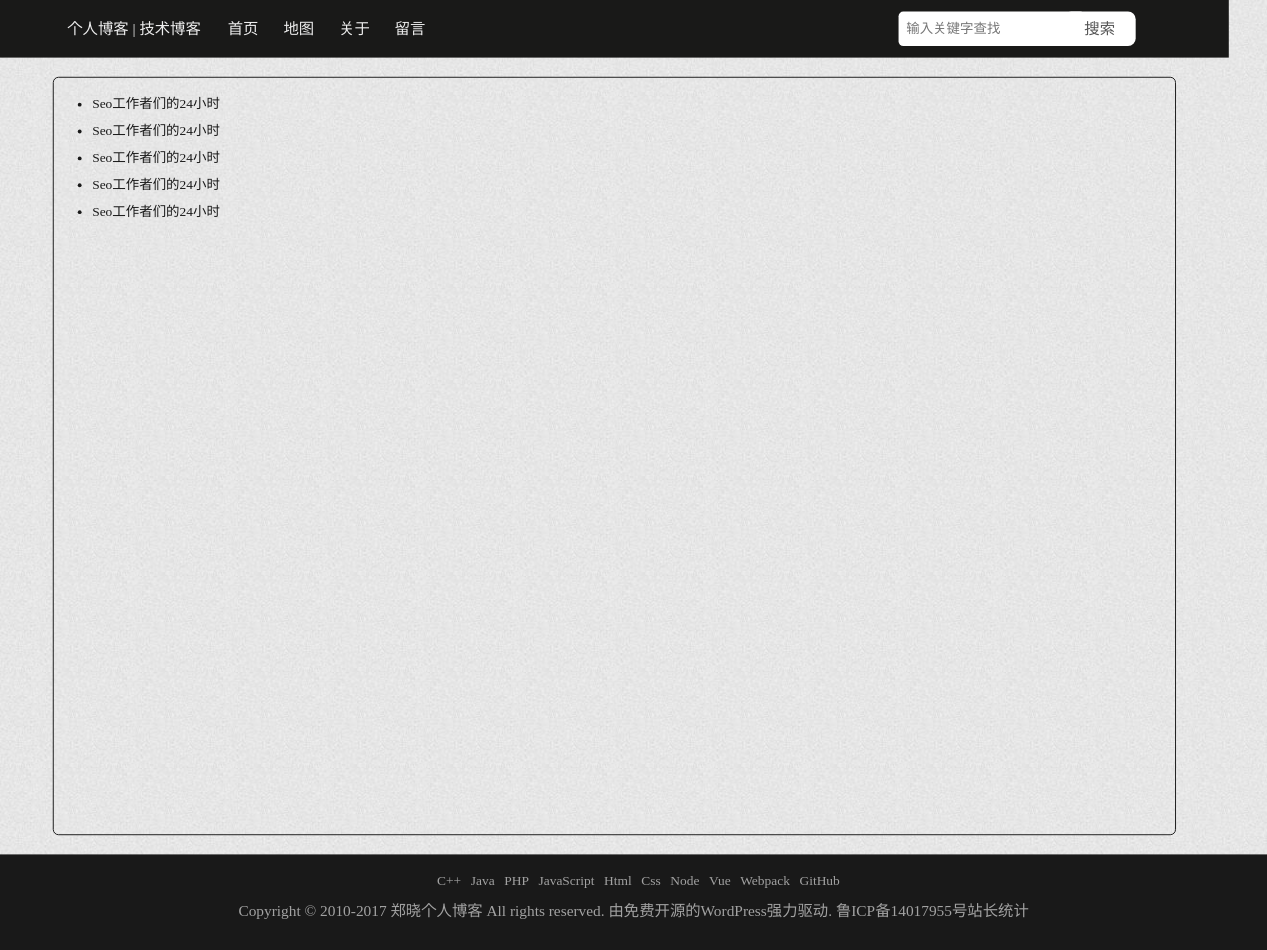
Repository: li1214/my_blog
Page: page/map.html
The author's editor kept a copy of each file at every save. The page is drawn from the files as they stood at one save, then again after the next save.
The browser window is 1280 px wide. The page is 1320 px wide, so the pictures cover 1320 px, including what lies to the right of the window. The pictures show the whole page, at 96% of full size.
The page's requests for data from a server got no answer.

Above is the page before, as saved 2019-01-09 09:56:36.

### page/map.html
<!DOCTYPE html>
<html lang="en">
<head>
    <meta charset="UTF-8">
    <meta name="viewport" content="width=device-width, initial-scale=1.0">
    <meta http-equiv="X-UA-Compatible" content="ie=edge">
    <title>Document</title>
    <link href="./css/base.css" rel="stylesheet" type="text/css" />
    <link href="./css/map.css" rel="stylesheet" type="text/css" />
    <script src='./js/vue.js'></script>
    <script src='./js/axios.min.js'></script>
</head>
<body>
    <header>
        <div class="container">
            <a>个人博客 | 技术博客</a>
            <ul>
                <li><a href="">首页</a></li>
                <li><a href="">地图</a></li>
                <li><a href="">关于</a></li>
                <li><a href="">留言</a></li>
            </ul>
            <div class="search">
                <input type="text" placeholder="输入关键字查找" />
                <button>搜索</button>
            </div>
        </div>
    </header>
    <div class='content' id="bloglist">
        <ul>
            <li><a href="">Seo工作者们的24小时</a></li>
            <li><a href="">Seo工作者们的24小时</a></li>
            <li><a href="">Seo工作者们的24小时</a></li>
            <li><a href="">Seo工作者们的24小时</a></li>
            <li><a href="">Seo工作者们的24小时</a></li>
        </ul>
    </div>
    <footer>
        <ul>
            <li>C++</li>
            <li>Java</li>
            <li>PHP</li>
            <li>JavaScript</li>
            <li>Html</li>
            <li>Css</li>
            <li>Node</li>
            <li>Vue</li>
            <li>Webpack</li>
            <li>GitHub</li>
        </ul>
        <p>Copyright © 2010-2017 郑晓个人博客 All rights reserved. 由免费开源的WordPress强力驱动. 鲁ICP备14017955号站长统计</p>
    </footer>
    <script src='./js/map.js'></script>
</body>
</html>

### page/css/base.css
html {line-height: 1.15; /* 1 */-webkit-text-size-adjust: 100%; /* 2 */}
body {margin: 0;}
@font-face{
    font-family: 'myicon';
    src: url('../font/glyphicons-halflings-regular.woff2')
}
ul{padding: 0}
main {
  display: block;
}
h1 {
  font-size: 2em;
  margin: 0.67em 0;
}
hr {
  box-sizing: content-box; /* 1 */
  height: 0; /* 1 */
  overflow: visible; /* 2 */
}
pre {
  font-family: monospace, monospace; /* 1 */
  font-size: 1em; /* 2 */
}
a {
  background-color: transparent;
}
abbr[title] {
  border-bottom: none; /* 1 */
  text-decoration: underline; /* 2 */
  text-decoration: underline dotted; /* 2 */
}
b,
strong {
  font-weight: bolder;
}
code,
kbd,
samp {
  font-family: monospace, monospace; /* 1 */
  font-size: 1em; /* 2 */
}
small {
  font-size: 80%;
}
sub,
sup {
  font-size: 75%;
  line-height: 0;
  position: relative;
  vertical-align: baseline;
}
sub {
  bottom: -0.25em;
}
sup {
  top: -0.5em;
}
img {
  border-style: none;
}
button,
input,
optgroup,
select,
textarea {
  font-family: inherit; /* 1 */
  font-size: 100%; /* 1 */
  line-height: 1.15; /* 1 */
  margin: 0; /* 2 */
}
button,
input { /* 1 */
  overflow: visible;
}
button,
select { /* 1 */
  text-transform: none;
}
button,
[type="button"],
[type="reset"],
[type="submit"] {
  -webkit-appearance: button;
}
button::-moz-focus-inner,
[type="button"]::-moz-focus-inner,
[type="reset"]::-moz-focus-inner,
[type="submit"]::-moz-focus-inner {
  border-style: none;
  padding: 0;
}
button:-moz-focusring,
[type="button"]:-moz-focusring,
[type="reset"]:-moz-focusring,
[type="submit"]:-moz-focusring {
  outline: 1px dotted ButtonText;
}
fieldset {
  padding: 0.35em 0.75em 0.625em;
}
legend {
  box-sizing: border-box; /* 1 */
  color: inherit; /* 2 */
  display: table; /* 1 */
  max-width: 100%; /* 1 */
  padding: 0; /* 3 */
  white-space: normal; /* 1 */
}
progress {
  vertical-align: baseline;
}
textarea {
  overflow: auto;
}

[type="checkbox"],
[type="radio"] {
  box-sizing: border-box; /* 1 */
  padding: 0; /* 2 */
}
[type="number"]::-webkit-inner-spin-button,
[type="number"]::-webkit-outer-spin-button {
  height: auto;
}

[type="search"] {
  -webkit-appearance: textfield; /* 1 */
  outline-offset: -2px; /* 2 */
}

[type="search"]::-webkit-search-decoration {
  -webkit-appearance: none;
}
::-webkit-file-upload-button {
  -webkit-appearance: button; /* 1 */
  font: inherit; /* 2 */
}
details {
  display: block;
}
summary {
  display: list-item;
}
template {
  display: none;
}
[hidden] {
  display: none;
}
a{text-decoration: none;}
/* ========================================================== css reset ========================================================== */

body {
    width: 100%;
    height: 100%;
    background-image: url(../image/bg.jpg);
    background-repeat: repeat;
    overflow-x: hidden;
}

header{
    width: 100%;
    height: 60px;
    background-color: #191918;
}
header .container {
    width:1170px;
    height: 100%;
    margin: 0 auto;
}
header .container>a{
    display: block;
    float: left;
    color: #eee;
    line-height: 60px;
    margin: 0 15px;
    font-size: 16px;
}
header .container>ul{
    float: left;
    margin: 0;
    padding: 0;
}
header .container>ul>li{
    display: inline-block;
    float: left;
}
header .container>ul>li a{
    color: #eee;
    display: inline-block;
    height: 60px;
    width: 58px;
    line-height: 60px;
    text-align: center;
}
header .container .search{
    float: right;
    height: 100%;
    position: relative;
    right: 117px;
}
header .container .search>input{
    display: inline-block;
    position: absolute;
    height: 26px;
    padding: 5px 8px;
    border-radius: 5px;
    border:none;
    outline: none;
    font-size: 14px;
    margin-top: 12px;
    left: -172px;
}
header .container .search > button{
    outline: none;
    display: inline-block;
    position: absolute;
    width: 75px;
    height: 36px;
    padding: 5px 10px;
    border-radius: 8px;
    margin-top: 12px;
    cursor: pointer;
    color: #555;
    background-color: white;
    border: none;
}
/* ============================================================== header end ===================================================================== */
.content {
    width: 1170px;
    margin: 0 auto;
    position: relative;
    overflow: hidden;
}
.content .content-left{
    float: left;
    width: 66%;
    box-sizing: border-box;
    padding: 0 20px;
}
.content .content-right{
    float: right;
    width: 34%;
    box-sizing: border-box;
}
.right-box{
    background-color: #1f1f1f;
    margin-top: 20px;
    width: 80%;
    margin: 0 auto;
    box-sizing: border-box;
    border-radius: 6px;
    padding-bottom: 10px;
}
.right-box>h4 {
    color: #f4f4f4;
    font-weight: normal;
    padding: 5px 10px;
    font-size: 14px;
}
.right-box .contents{
    color: #eee;
    padding: 0 10px 0px 10px;
}
/* .right-box .contents a::after{
    display: block;
    content: '';
    overflow: hidden;
    clear: both;
    position: absolute;
} */
.right-box .contents>a{
    display: inline-block;
}
.right-box .contents li{
    width: 100%;
    list-style: none;
    white-space:nowrap;
    overflow: hidden;
   text-overflow: ellipsis;
    border-top:1px solid #555;
}
.right-box .contents li a{
    font-size: 14px;
    display: inline-block;
    color: #eee;
    padding: 10px 0;
    transition: color 0.5s;
}
.right-box .contents li a:hover{
  color: #337ab7;
}
.right-box .item .item-title{position: relative;}
.right-box .item .item-title span{display: inline-block;font-size: 14px;font-weight: normal;}
.right-box .item .item-title span.spanr{
    position: absolute;
    right: 10px;
}
.right-box .item > p{color: #777;font-size: 14px;transition: color 0.5s;cursor: pointer;}
.right-box .item > p:hover{color: #337ab7}


/* =====================================================================  footer start ================================================================= */

footer{
    width: 100%;
    height: 60px;
    background: #191919;
    text-align: center;
    padding: 20px;
}
footer ul{
    display: inline-block;
    margin:  0 auto;
    text-align: center;
}
footer ul li{
    display: inline-block;
    color: #a2a2a2;
    float: left;
    font-size: 14px;
    margin-left: 10px;
    cursor: pointer;
    text-align: center;
}
footer p {
    margin-top: 10px;
    color: #a2a2a2;
}
/* ================================================================= 发布留言的样式 ================================================================== */
.subly{
  width: 100%;
  box-sizing: border-box;
  padding: 20px;
  margin-bottom: 20px;
}
.subly input{
  border-radius: 3px;
  padding: 8px 8px;
  outline: none;
  border:1px solid #ddd;
  font-size: 14px;
  width: 200px;;
}
.subly button{
  background-color: #fff;
  color: #191919;
  padding: 8px 20px;
  outline: none;
  border: 1px solid #ddd;
  border-radius: 3px;
  font-size: 14px;
  cursor: pointer;
  transition: color 0.5s;
}
.subly button:hover{background-color: #ddd;}
.subly textarea{
  display: inline-block;
  width: 100%;
  box-sizing: border-box;
  min-height: 80px;
  border:1px solid #ddd;
  padding: 10px;
  font-size: 14px;
}
.subly > form > div{
  margin: 10px 0;
}
.subly .codeimg{
    width: 120px;
    height: 29.5px;
    position: relative;
    top: 10px;
    border-radius: 3px;
}

### page/css/map.css
.content{
    min-height: 790px;
    border: 1px solid #191919;
    border-radius: 6px;
    font-size: 14px;
    padding: 0 0 0 40px;
    box-sizing: border-box;
    margin: 20px auto;
}
.content ul li{
   list-style-type: disc;
    color: #191919;
}
.content ul li a{
    display: inline-block;
    padding: 6px 0;
    color: #191919;
}

### page/js/map.js
var app = new Vue({
  el: "#bloglist",
  data() {
    return {
      list: []
    };
  },
  created() {
    this.getBloglist();
  },
  methods: {
    getBloglist() {
          axios.get('/getAllBlog').then(res => {
            if(res.status == 200){
                var data = res.data.data;
                for(var i in data){
                    data[i]['link'] = '../blog.html?id=' + data[i].id
                    this.list.push(data[i])
                }
            }
        })
    }
  }
});

Loaded but not shown: page/js/vue.js (library); page/js/axios.min.js (library)

After the next save:
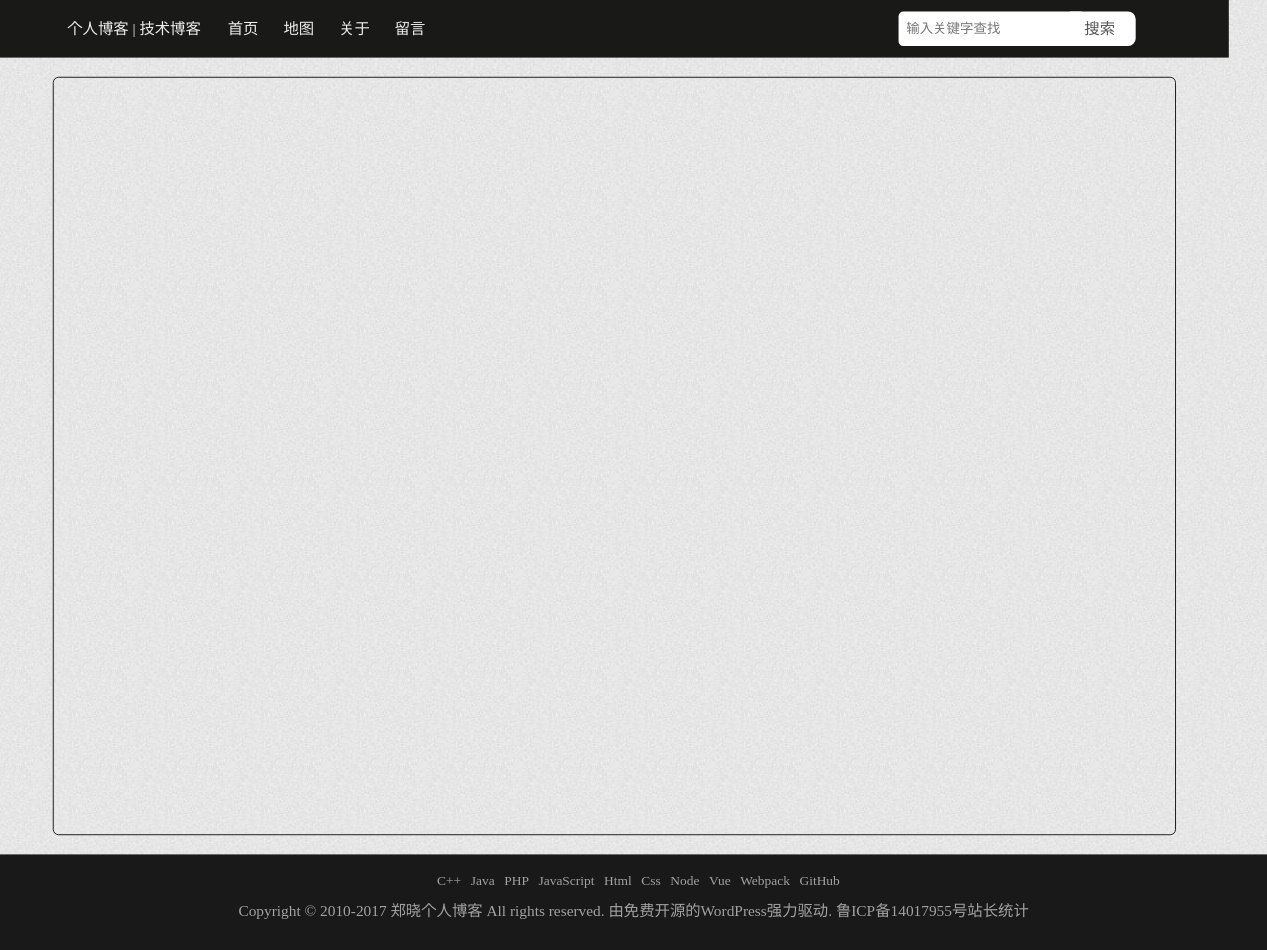
Saved 24 s later.
--- a/page/map.html
+++ b/page/map.html
@@ -28,11 +28,7 @@
     </header>
     <div class='content' id="bloglist">
         <ul>
-            <li><a href="">Seo工作者们的24小时</a></li>
-            <li><a href="">Seo工作者们的24小时</a></li>
-            <li><a href="">Seo工作者们的24小时</a></li>
-            <li><a href="">Seo工作者们的24小时</a></li>
-            <li><a href="">Seo工作者们的24小时</a></li>
+            <li v-for = 'item in list' :key='item.id'><a href="">Seo工作者们的24小时</a></li>
         </ul>
     </div>
     <footer>
